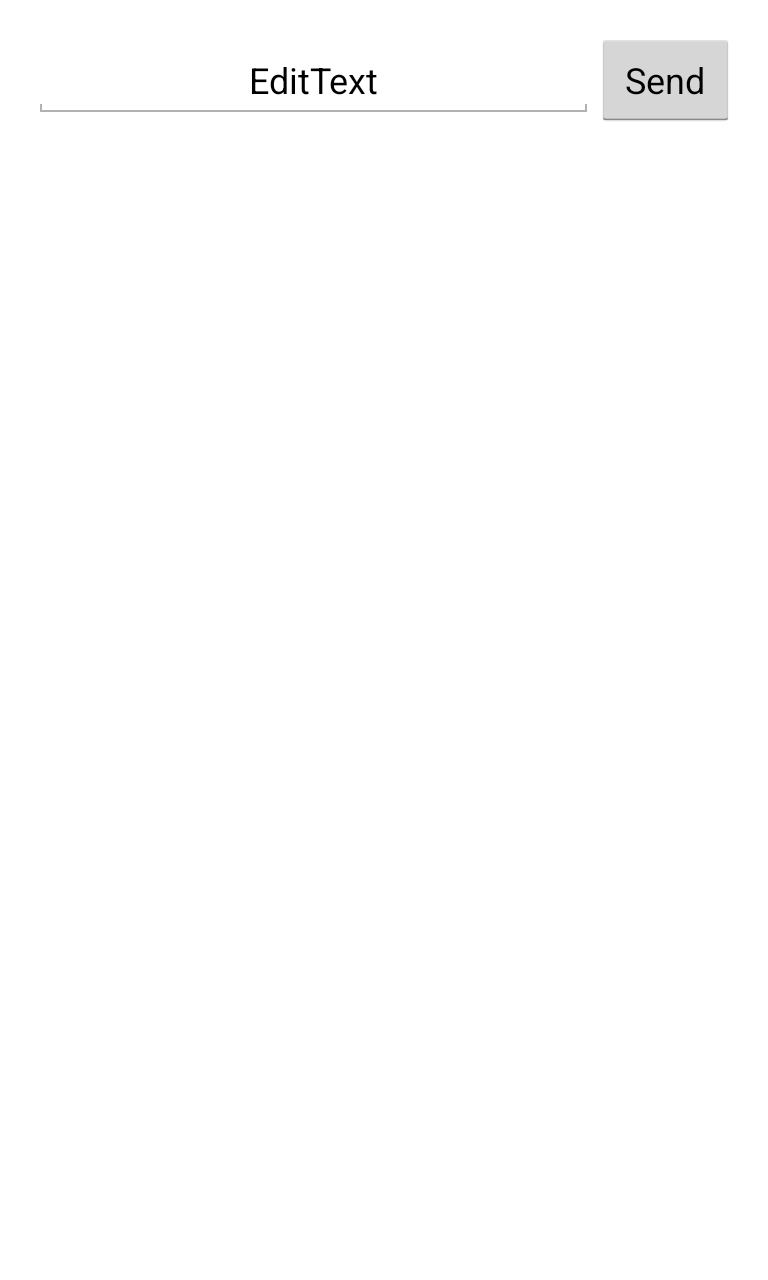
Repository: jinpp/Android
Layout: UILayoutTest/res/layout/activity_main.xml
An editor plug-in stored every save of this project. The layout is shown before and after the next save, followed by the edit.
It is drawn on a 768 x 1280 px phone screen (xhdpi) without system bars, with theme AppTheme; the app's code is not run.

Above is the layout before, as saved 2016-11-16 06:45:53.

### UILayoutTest/res/layout/activity_main.xml
<LinearLayout xmlns:android="http://schemas.android.com/apk/res/android"
    xmlns:tools="http://schemas.android.com/tools"
    android:layout_width="match_parent"
    android:layout_height="match_parent"
    android:orientation="horizontal"
    android:paddingBottom="@dimen/activity_vertical_margin"
    android:paddingLeft="@dimen/activity_horizontal_margin"
    android:paddingRight="@dimen/activity_horizontal_margin"
    android:paddingTop="@dimen/activity_vertical_margin"
    tools:context=".MainActivity" >

    <EditText
        android:id="@+id/inputmess"
        android:layout_width="0dp"
        android:layout_height="wrap_content"
        android:layout_weight="4"
        android:gravity="center"
        android:hint="Type something"
        android:text="EditText" />

    <Button
        android:id="@+id/button1"
        android:layout_width="0dp"
        android:layout_height="wrap_content"
        android:layout_weight="1"
        android:text="Send" />
    <!--
    <Button
        android:id="@+id/button1"
        android:layout_width="wrap_content"
        android:layout_height="wrap_content"
        android:layout_gravity="top"
        android:text="Button1" />

    <Button
        android:id="@+id/button2"
        android:layout_width="wrap_content"
        android:layout_height="wrap_content"
        android:layout_gravity="center"
        android:text="Button2" />

    <Button
        android:id="@+id/button3"
        android:layout_width="wrap_content"
        android:layout_height="wrap_content"
        android:layout_gravity="bottom"
        android:text="Button3" />




    -->

</LinearLayout>

Loaded but not shown: UILayoutTest/res/values/styles.xml (common file); UILayoutTest/res/values-v11/styles.xml (common file); UILayoutTest/res/values-v14/styles.xml (common file); UILayoutTest/res/values/dimens.xml (common file)

After the next save:
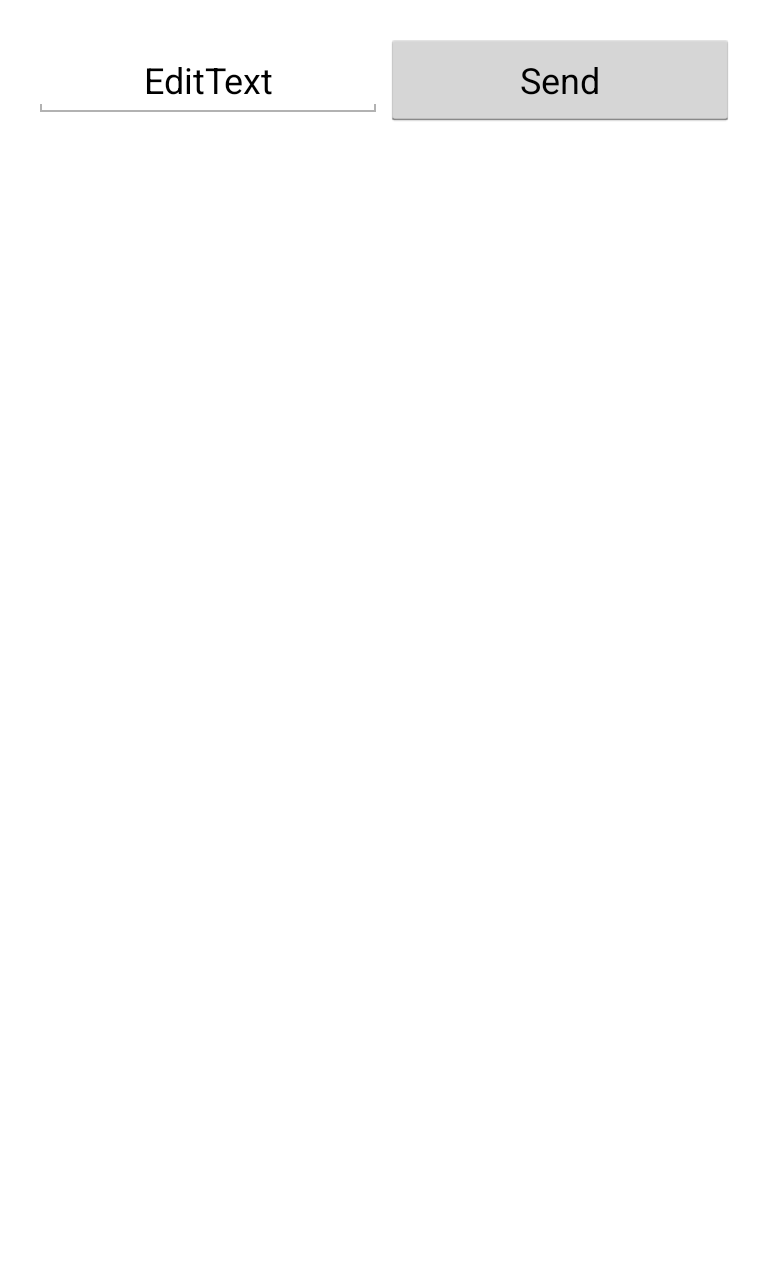
Saved 10 s later.
--- a/UILayoutTest/res/layout/activity_main.xml
+++ b/UILayoutTest/res/layout/activity_main.xml
@@ -13,7 +13,7 @@
         android:id="@+id/inputmess"
         android:layout_width="0dp"
         android:layout_height="wrap_content"
-        android:layout_weight="4"
+        android:layout_weight="1"
         android:gravity="center"
         android:hint="Type something"
         android:text="EditText" />
